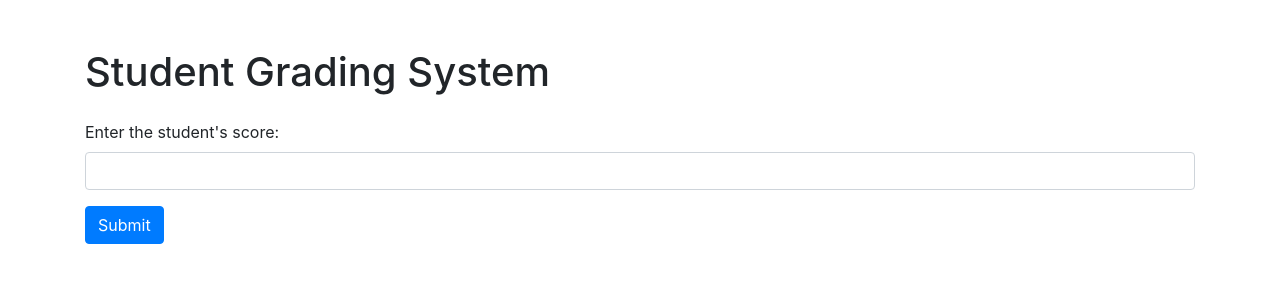
Repository: Alphosmart/grading
Page: assignment.html
An editor plug-in stored every save of this project. The page is shown before and after the next save, followed by the edit.
The browser window is 1280 px wide. The pictures show the whole page.
Some web libraries are served in a nearby version.

Above is the page before, as saved 2024-06-19 12:33:48.

After the next save:
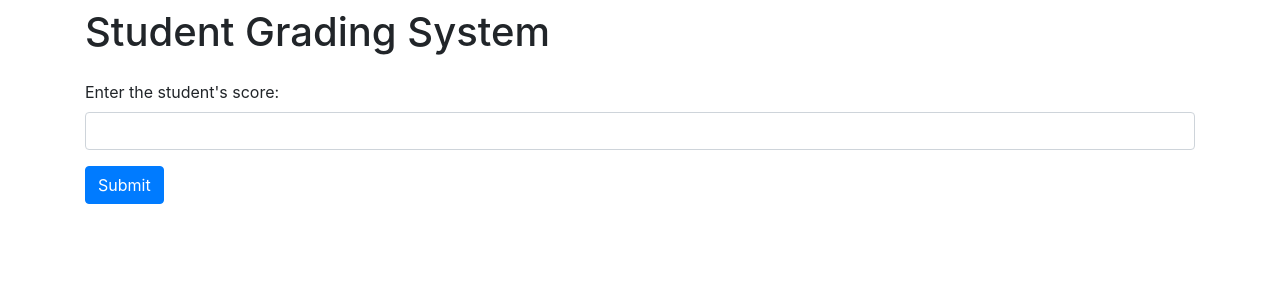
Saved 64 s later.
--- a/assignment.html
+++ b/assignment.html
@@ -11,7 +11,7 @@
     />
   </head>
   <body>
-    <div class="container mt-5">
+    <div class="container mt-2">
       <h1 class="mb-4">Student Grading System</h1>
       <div class="form-group">
         <label for="score">Enter the student's score:</label>

After the save that followed:
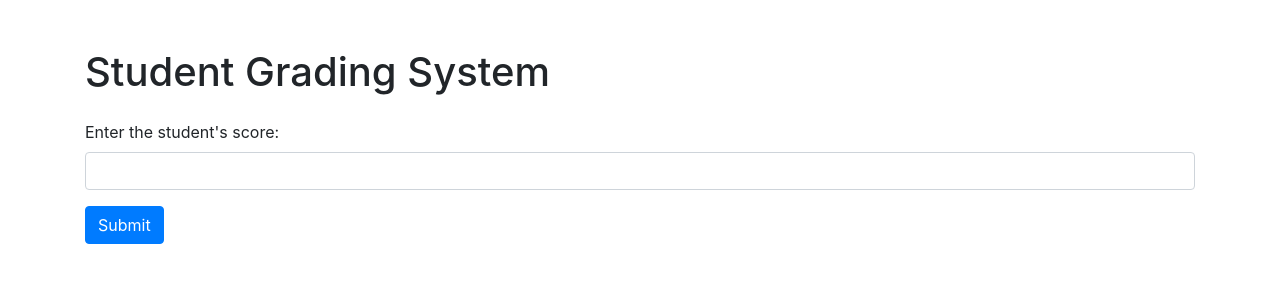
Saved 5 s later.
--- a/assignment.html
+++ b/assignment.html
@@ -11,7 +11,7 @@
     />
   </head>
   <body>
-    <div class="container mt-2">
+    <div class="container mt-5">
       <h1 class="mb-4">Student Grading System</h1>
       <div class="form-group">
         <label for="score">Enter the student's score:</label>
